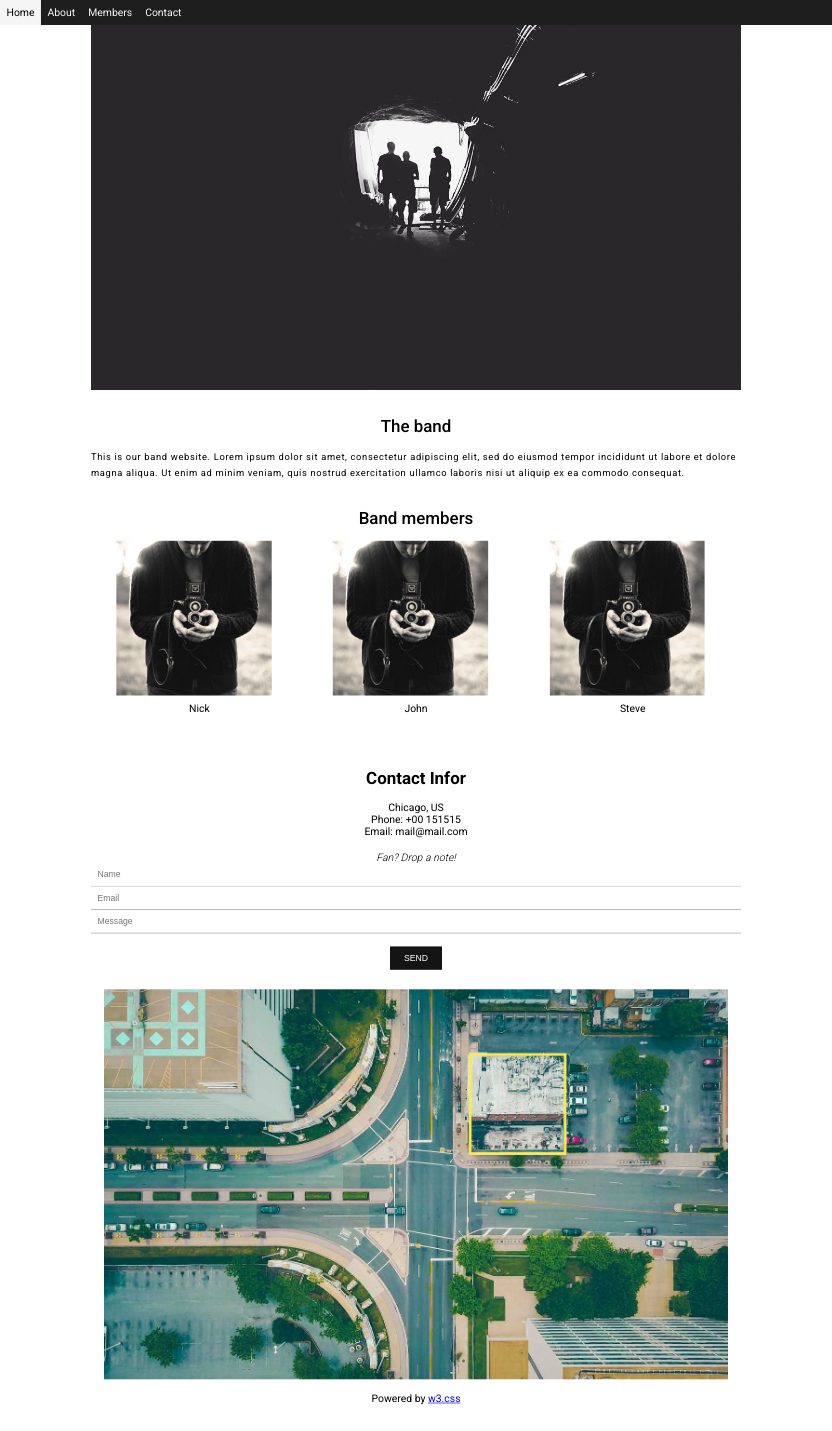
Repository: hieu-22/w3_band_UI
Page: index.html
These files come from the project's save history. The page is drawn as it stood at one moment and after the next save; the edit follows.
The browser window is 1280 px wide. The pictures show the whole page, at 65% of full size.

Above is the page before, as saved 2022-12-30 13:37:53.

After the next save:
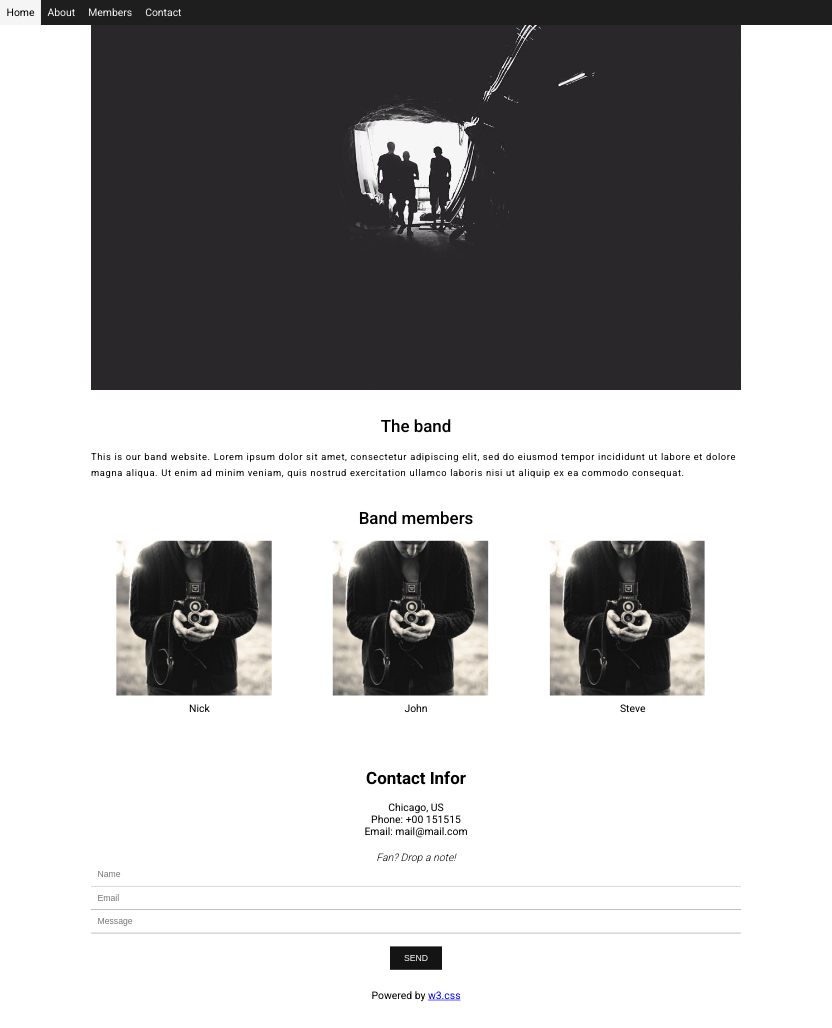
Saved 2 min 22 s later.
--- a/assets/css/style.css
+++ b/assets/css/style.css
@@ -164,7 +164,7 @@
 /* end contact form */
 
 .contact-infor__banner {
-    height: 600px;
+    max-height: 600px;
     width: auto;
     margin: 50px 20px 0 20px;
     background-image: url(../img/map.jpg);

After the save that followed:
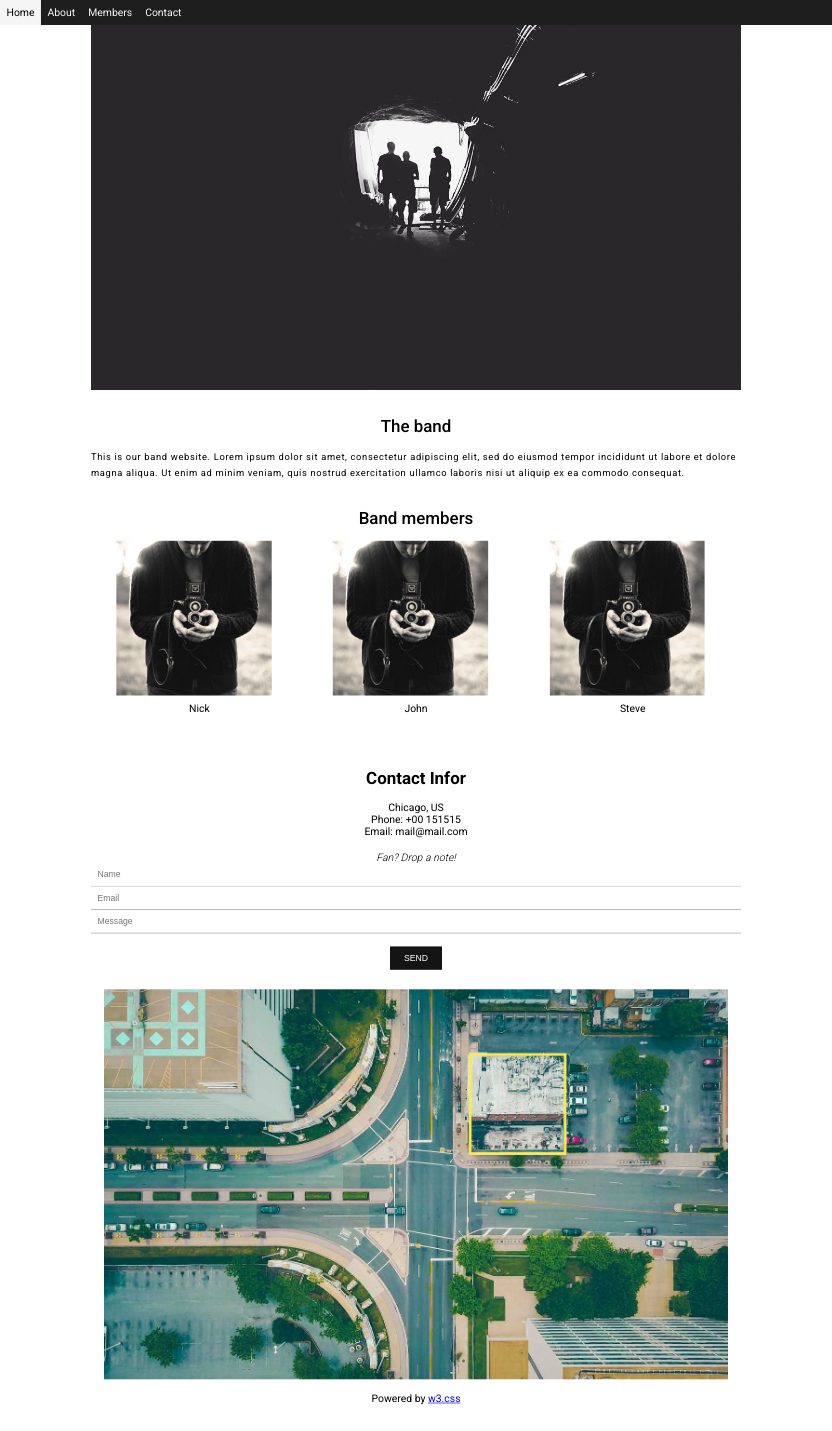
Saved 14 s later.
--- a/assets/css/style.css
+++ b/assets/css/style.css
@@ -164,7 +164,7 @@
 /* end contact form */
 
 .contact-infor__banner {
-    max-height: 600px;
+    height: 600px;
     width: auto;
     margin: 50px 20px 0 20px;
     background-image: url(../img/map.jpg);
